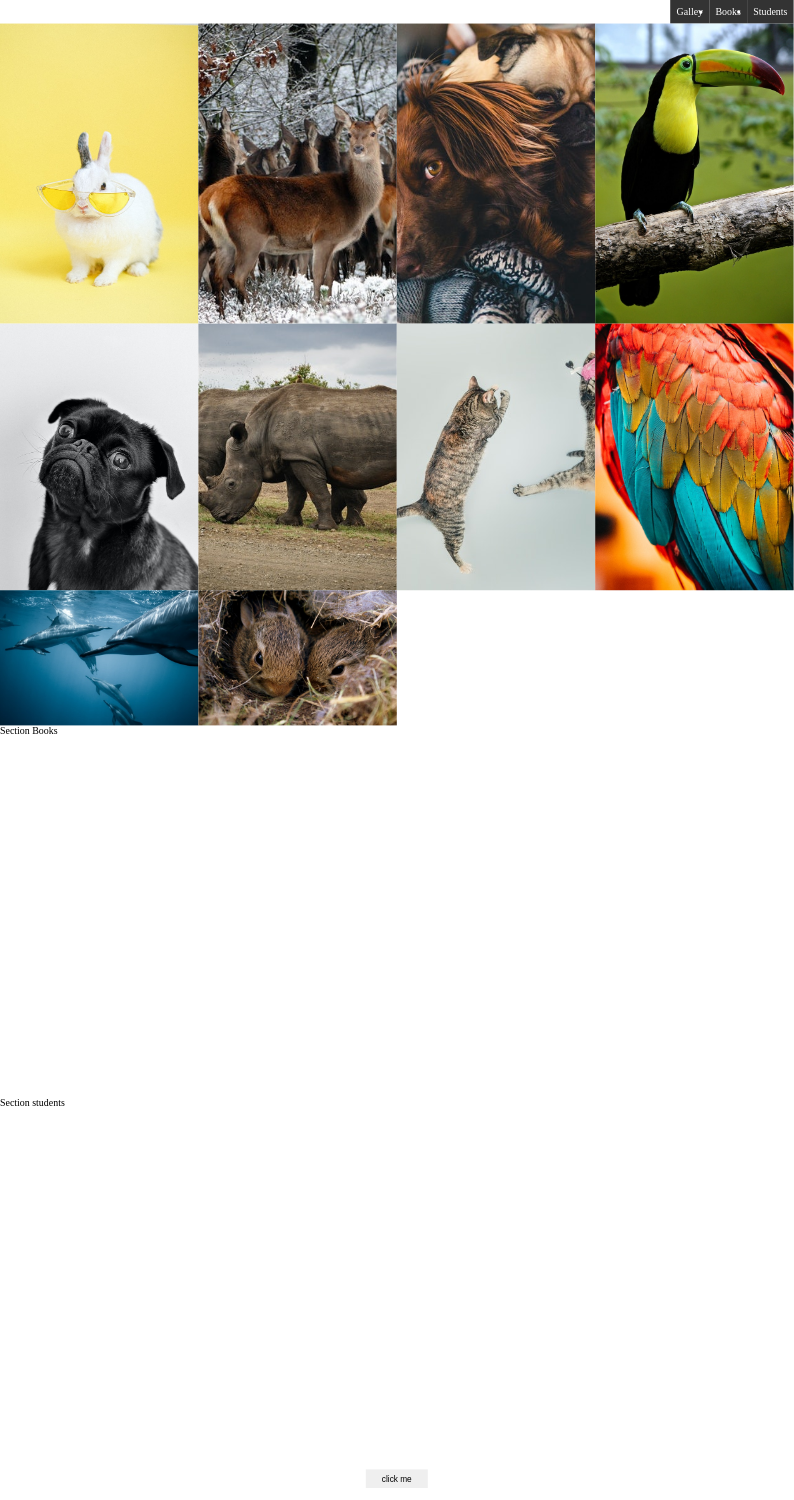
Repository: kuluong2000/homework-js-luongth
Page: homework-bai4/index.html
The author's editor kept a copy of each file at every save. The page is drawn from the files as they stood at one save, then again after the next save.
The browser window is 1280 px wide. The pictures show the whole page, at 62% of full size.
The pointer rests on the first visible `.btn-color`.

Above is the page before, as saved 2021-10-15 21:49:44.

### homework-bai4/index.html
<!DOCTYPE html>
<html lang="en">
  <head>
    <meta charset="UTF-8" />
    <meta name="viewport" content="width=device-width, initial-scale=1.0" />
    <link rel="stylesheet" href="style.css" />
    <title>Project #2 - Image Gallery Pop up</title>
  </head>
  <body>
    <div class="menu">
      <div class="menu-nav">
        <ul>
          <!-- Có thể dùng href="#id" và scroll-behavior: smooth; trong css -->
          <!-- Nhưng nhớ làm = JS nha -->
          <li><a class="nav-link" attr-id="gallery">Galley</a></li>
          <li><a class="nav-link" attr-id="books">Books</a></li>
          <li><a class="nav-link" attr-id="students">Students</a></li>
        </ul>
      </div>
    </div>
    <section id="gallery" class="gallery">
      <!-- Image 1 -->
      <div class="img-container">
        <img src="img/small/pexels-anna-shvets-4588065.jpg" alt="1" />
      </div>

      <!-- Image 2 -->
      <div class="img-container">
        <img src="img/small/pexels-anthony-139639.jpg" alt="2" />
      </div>

      <!-- Image 3 -->
      <div class="img-container">
        <img src="img/small/pexels-burst-374825.jpg" alt="3" />
      </div>

      <!-- Image 4 -->
      <div class="img-container">
        <img src="img/small/pexels-carlos-spitzer-17811.jpg" alt="4" />
      </div>

      <!-- Image 5 -->
      <div class="img-container">
        <img src="img/small/pexels-charles-1851164.jpg" alt="5" />
      </div>

      <!-- Image 6 -->
      <div class="img-container">
        <img src="img/small/pexels-frans-van-heerden-631292.jpg" alt="6" />
      </div>

      <!-- Image 7 -->
      <div class="img-container">
        <img src="img/small/pexels-gratisography-4602.jpg" alt="7" />
      </div>

      <!-- Image 8 -->
      <div class="img-container">
        <img src="img/small/pexels-jan-kopřiva-3614358.jpg" alt="8" />
      </div>

      <!-- Image 9 -->
      <div class="img-container">
        <img src="img/small/pexels-jeremy-bishop-2422915.jpg" alt="9" />
      </div>
      <!-- Image 10 -->
      <div class="img-container">
        <img src="img/small/pexels-jim-long-949859.jpg" alt="10" />
      </div>
    </section>
    <div id="books" class="section-default">Section Books</div>

    <div id="students" class="section-default">Section students</div>
    <section class="color">
      <button class="btn-color">click me</button>
    </section>
    <!-- modal -->
    <div class="modal" id="modal-1">
      <img src="img/full/1.jpg" alt="" class="full-img" />
    </div>

    <script src="app.js"></script>
  </body>
</html>

### homework-bai4/style.css
html {
  scroll-behavior: smooth;
}
* {
  margin: 0;
  padding: 0;
  box-sizing: border-box;
}

.gallery {
  display: grid;
  grid-template-columns: repeat(auto-fit, minmax(300px, 1fr));
}

.img-container img {
  width: 100%;
  height: 100%;
  object-fit: cover;
  cursor: pointer;
}

.modal {
  background-color: rgba(53, 194, 18, 0.384);
  position: fixed;
  top: 0;
  left: 0;
  height: 100%;
  width: 100%;
  opacity: 0;
  pointer-events: none;
  transition: all 0.3s ease-in-out;
}

.full-img {
  position: absolute;
  height: 85%;
  top: 50%;
  left: 50%;
  transform: translate(-50%, -50%) scale(0.5);
  transition: all 0.3s ease-in-out;
}

/* Dynamic Classes */
.full-img.open {
  transform: translate(-50%, -50%) scale(1);
}

.modal.open {
  opacity: 1;
  pointer-events: all;
}

.section-default {
  height: 600px;
  width: 100%;
}

.menu-nav ul {
  display: flex;
  justify-content: flex-end;
}

.menu-nav ul li {
  padding: 10px;
  background: #333333;
  color: #ffffff;
}
.nav-link {
  cursor: pointer;
}
.btn-color {
  width: 100px;
  height: 30px;
  outline: none;
  display: block;
  margin: 0 auto;
  cursor: pointer;
  border: none;
  margin-bottom: 20px;
}

### homework-bai4/app.js
// BOM: window, location, screen, history

// const modal = document.getElementsByClassName('modal')[0]
// console.log(modal)
// // const imageModal = document.getElementsByClassName('full-img')[0]
// // console.log(imageModal)
// const imageModal = document.querySelector('.full-img')
// console.log(imageModal)

// // Tạo sự kiện click, doi url image va show popup
// // .addEventListener()
// const listImage = document.querySelectorAll('.img-container img')
// console.log(listImage)

// listImage.forEach(element => {
//     element.addEventListener('click', function() {
//         // Open modal
//         modal.classList.add('open')
//         const attrImg = element.getAttribute('alt')
//         // Set new url image
//         imageModal.src = '/img/full/'+attrImg+'.jpg'
//     })
// });

// modal.addEventListener('click',(e) => {
//     if(e.target.classList.contains("modal")) {
//         modal.classList.remove("open");
//     };
// });

// // Demo, làm tiếp yêu cầu scroll
// const elmntToView = document.getElementById("books");
// elmntToView.onclick(function() {
//     elmntToView.scrollIntoView();
// })
let listImage = document.querySelectorAll(".img-container img");
let modal = document.querySelector(".modal");
let modalImg = document.querySelector(".modal img");
listImage.forEach((element) => {
  element.addEventListener("click", () => {
    //   open modal
    modal.classList.add("open");
    //  get attribute of img
    let attrImg = element.getAttribute("src");
    // set attribute of img  for modalImg
    modalImg.setAttribute("src", attrImg);
  });
});
modal.addEventListener("click", (e) => {
  if (e.target.classList.contains("modal")) {
    modal.classList.remove("open");
  }
});

let navLink = document.querySelectorAll(".nav-link");
navLink.forEach((element) => {
  element.addEventListener("click", (e) => {});
});

After the next save:
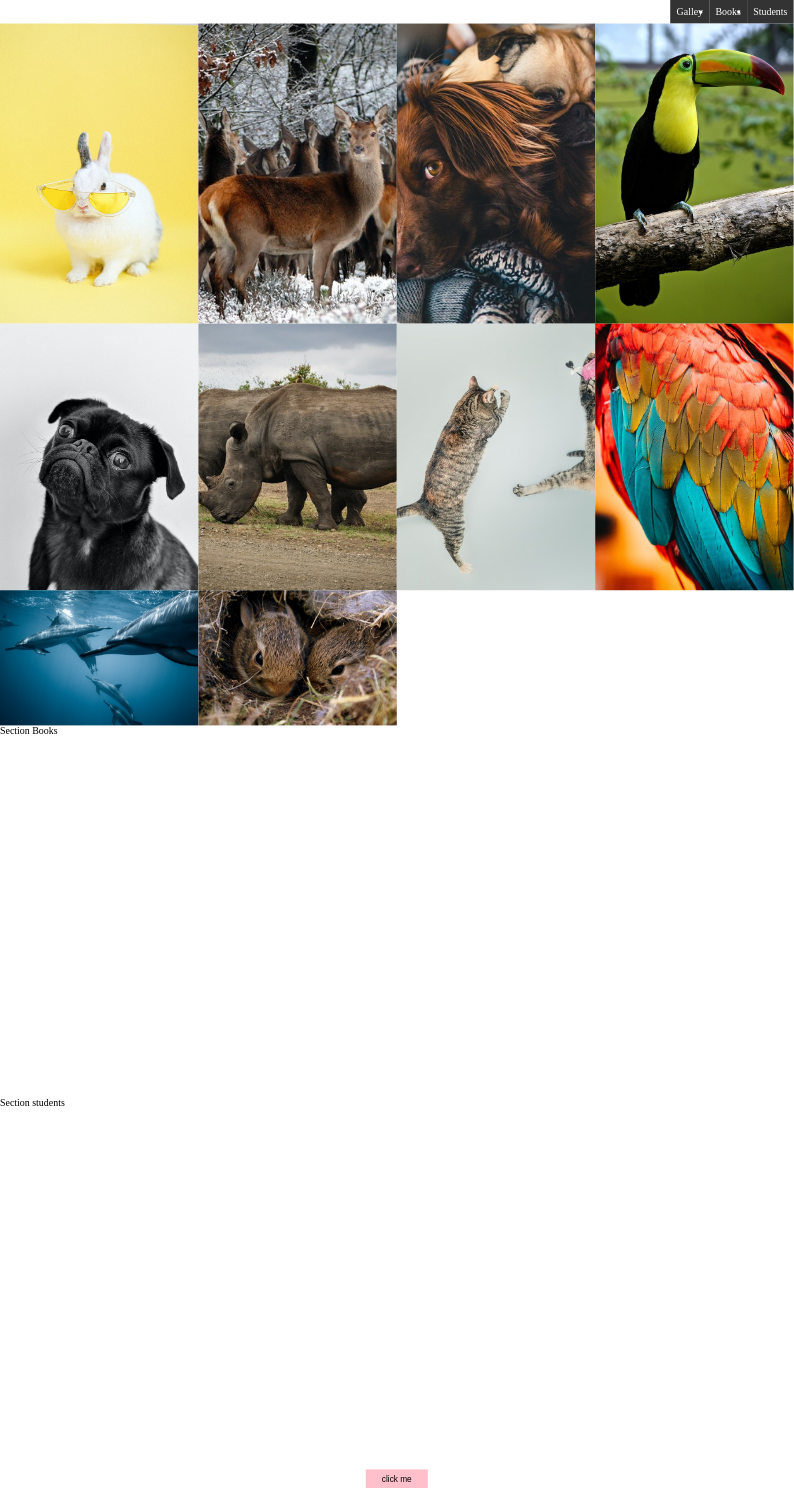
Saved 17 s later.
--- a/homework-bai4/style.css
+++ b/homework-bai4/style.css
@@ -78,3 +78,6 @@ html {
   border: none;
   margin-bottom: 20px;
 }
+.btn-color:hover {
+  background-color: pink;
+}
